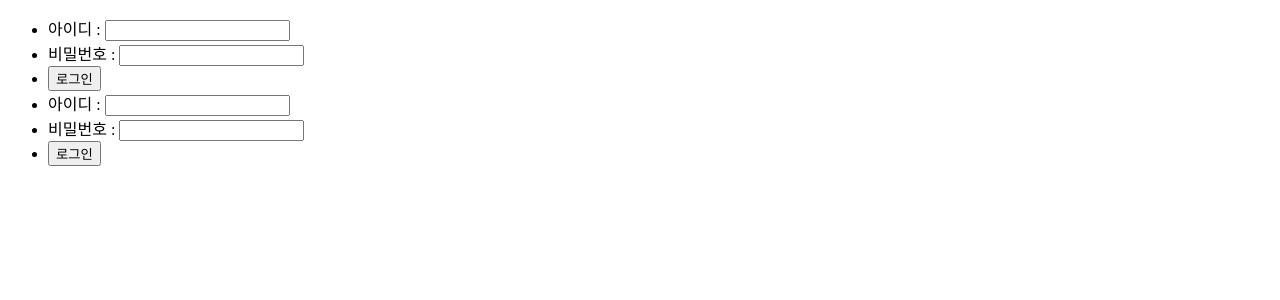
Repository: ygs3004/StudyHTML_CSS
Page: web project 01/src/main/webapp/chapter05/exam05_04.html
An editor plug-in stored every save of this project. The page is shown before and after the next save, followed by the edit.
The browser window is 1280 px wide. The pictures show the whole page.

Above is the page before, as saved 2022-08-05 01:44:23.

After the next save:
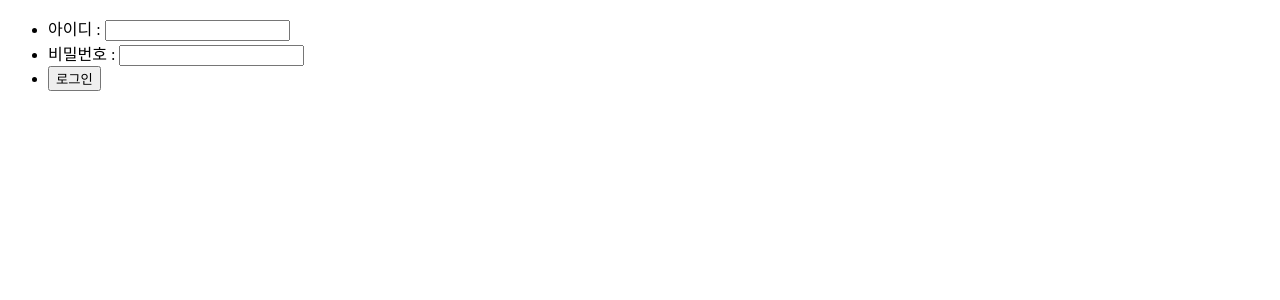
Saved 7 s later.
--- a/web project 01/src/main/webapp/chapter05/exam05_04.html
+++ b/web project 01/src/main/webapp/chapter05/exam05_04.html
@@ -7,10 +7,6 @@
 <body>
 	<form action="search.jsp" method="post">
 		<ul>
-			<li>아이디 : <input type="text"></li>
-			<li>비밀번호 : <input type="password"></li>
-			<li><input type="submit" value="로그인"></li>
-
 			<li><label for="id">아이디</label> : <input type="text" id="id"></li>
 			<li><label for="pw">비밀번호</label> : <input type="password"
 				id="pw"></li>
